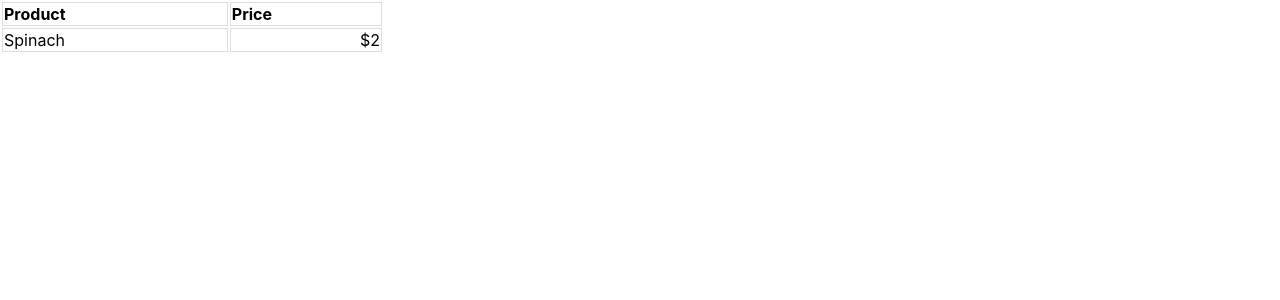
Repository: mariocapitbrok/reactjs-learn
Page: / (app in 05_filtered-data-table/)
An editor plug-in stored every save of this project. The page is shown before and after the next save, followed by the edit.
The browser window is 1280 px wide. The pictures show the whole page.
The project was rebuilt for these pictures with package versions that can differ from the ones it lists, and the page was loaded fresh each time.

Above is the page before, as saved 2023-02-25 21:00:40.

### 05_filtered-data-table/src/App.js
import ProductTable from './components/ProductTable'
import './App.css'

function App() {
  return (
    <div className="App">
      <ProductTable />
    </div>
  )
}

export default App

### 05_filtered-data-table/src/components/ProductTable.jsx
import styled from 'styled-components'
import '../App.css'

function ProductTable() {
  const product = PRODUCTS[3]
  const productRows = PRODUCTS.map(p => (
    <Tr>
      <Td>{product.name}</Td>
      <TdPrice>{product.price}</TdPrice>
    </Tr>
  ))
  return (
    <Table>
      <Thead>
        <Tr>
          <Th>Product</Th>
          <Th>Price</Th>
        </Tr>
      </Thead>
      <Tbody>
        <Tr>
          <Td>{product.name}</Td>
          <TdPrice>{product.price}</TdPrice>
        </Tr>
      </Tbody>
    </Table>
  )
}

export default ProductTable

const Table = styled.table.attrs(props => ({
  id: 'products',
}))``
const Thead = styled.thead.attrs(props => ({}))``
const Tbody = styled.tbody.attrs(props => ({}))``
const Tr = styled.tr.attrs(props => ({}))``
const Th = styled.th.attrs(props => ({}))``
const Td = styled.td.attrs(props => ({}))``

const TdPrice = styled(Td).attrs({
  className: 'money-data',
})``

const PRODUCTS = [
  { category: 'Fruits', price: '$1', stocked: true, name: 'Apple' },
  { category: 'Fruits', price: '$1', stocked: true, name: 'Dragonfruit' },
  { category: 'Fruits', price: '$2', stocked: false, name: 'Passionfruit' },
  { category: 'Vegetables', price: '$2', stocked: true, name: 'Spinach' },
  { category: 'Vegetables', price: '$4', stocked: false, name: 'Pumpkin' },
  { category: 'Vegetables', price: '$1', stocked: true, name: 'Peas' },
]

### 05_filtered-data-table/src/App.css

/* Table*/
#products {
  width: 30%;
  min-width: 200px;
}

#products th {
  text-align: left;
}

#products th, #products td {
  border: 1px solid #ddd;
}

.money-data {
  text-align: right;
}

Loaded but not shown: 05_filtered-data-table/public/index.html (common file); 05_filtered-data-table/src/index.js (common file); 05_filtered-data-table/src/index.css (common file); 05_filtered-data-table/src/reportWebVitals.js (common file)

After the next save:
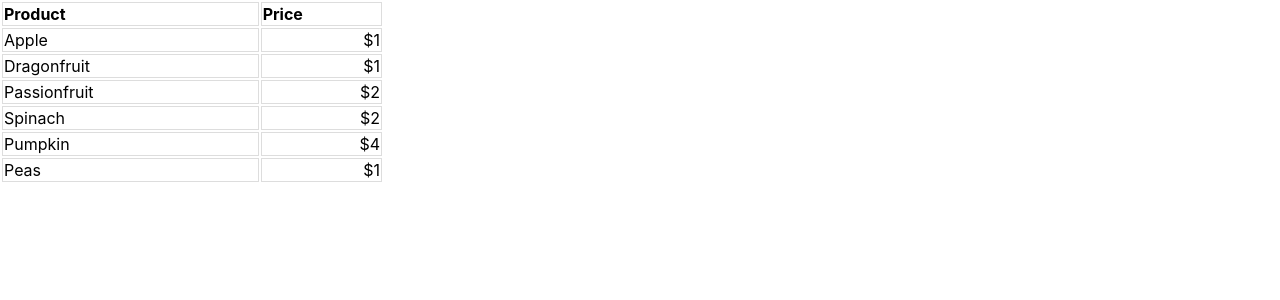
Saved 37 s later.
--- a/05_filtered-data-table/src/components/ProductTable.jsx
+++ b/05_filtered-data-table/src/components/ProductTable.jsx
@@ -3,7 +3,7 @@ import '../App.css'
 
 function ProductTable() {
   const product = PRODUCTS[3]
-  const productRows = PRODUCTS.map(p => (
+  const productRows = PRODUCTS.map(product => (
     <Tr>
       <Td>{product.name}</Td>
       <TdPrice>{product.price}</TdPrice>
@@ -17,12 +17,7 @@ function ProductTable() {
           <Th>Price</Th>
         </Tr>
       </Thead>
-      <Tbody>
-        <Tr>
-          <Td>{product.name}</Td>
-          <TdPrice>{product.price}</TdPrice>
-        </Tr>
-      </Tbody>
+      <Tbody>{productRows}</Tbody>
     </Table>
   )
 }
